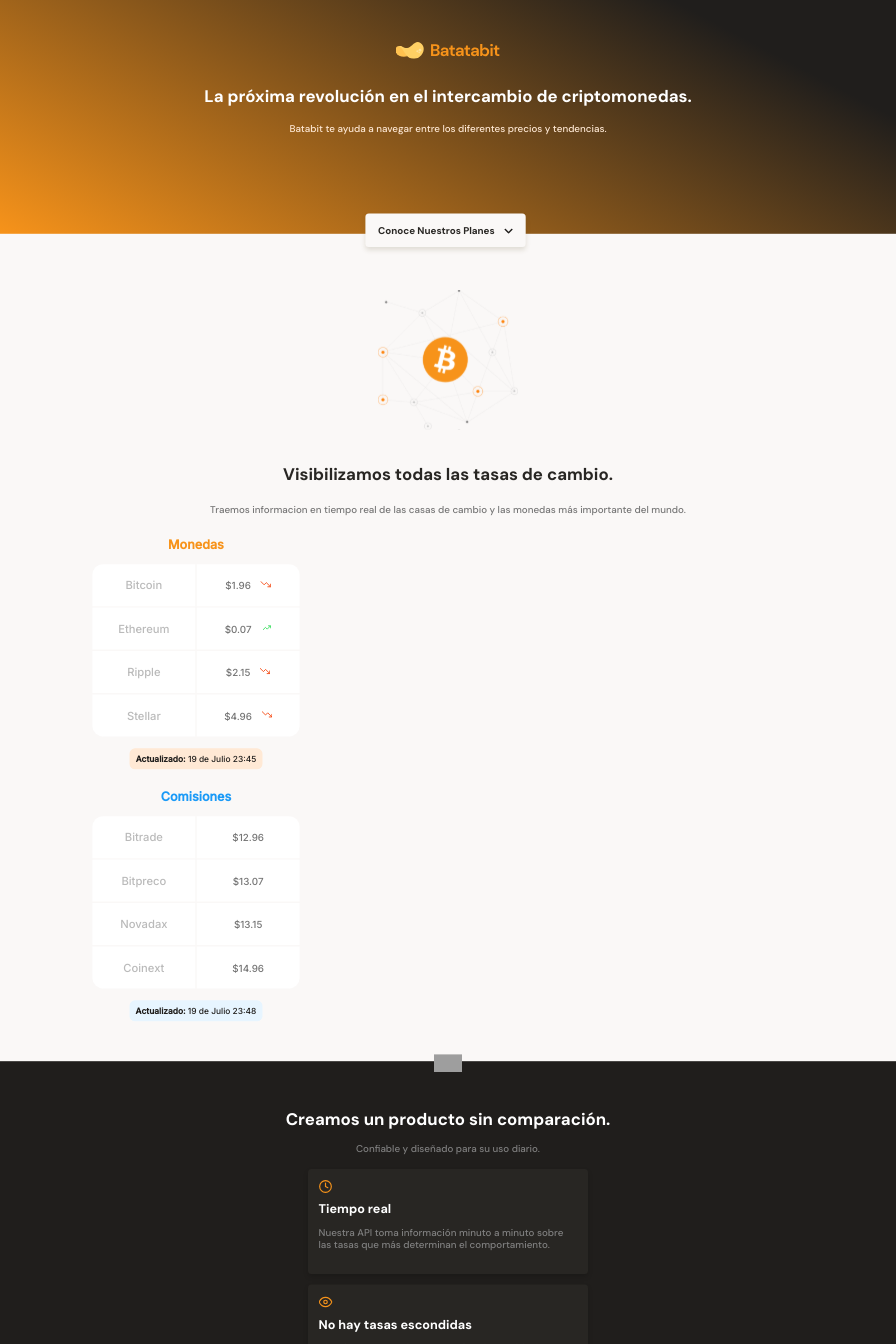
Repository: EnzoSz/Mobile-First
Page: index.html
An editor plug-in stored every save of this project. The page is shown before and after the next save, followed by the edit.
The browser window is 1280 px wide. The pictures show the part of the page from y = 0 to 1920 px (the page is 3342 px tall), at 70% of full size.
Pictures or frames that could not be fetched are drawn as grey boxes.

Above is the page before, as saved 2021-02-05 16:46:04.

After the next save:
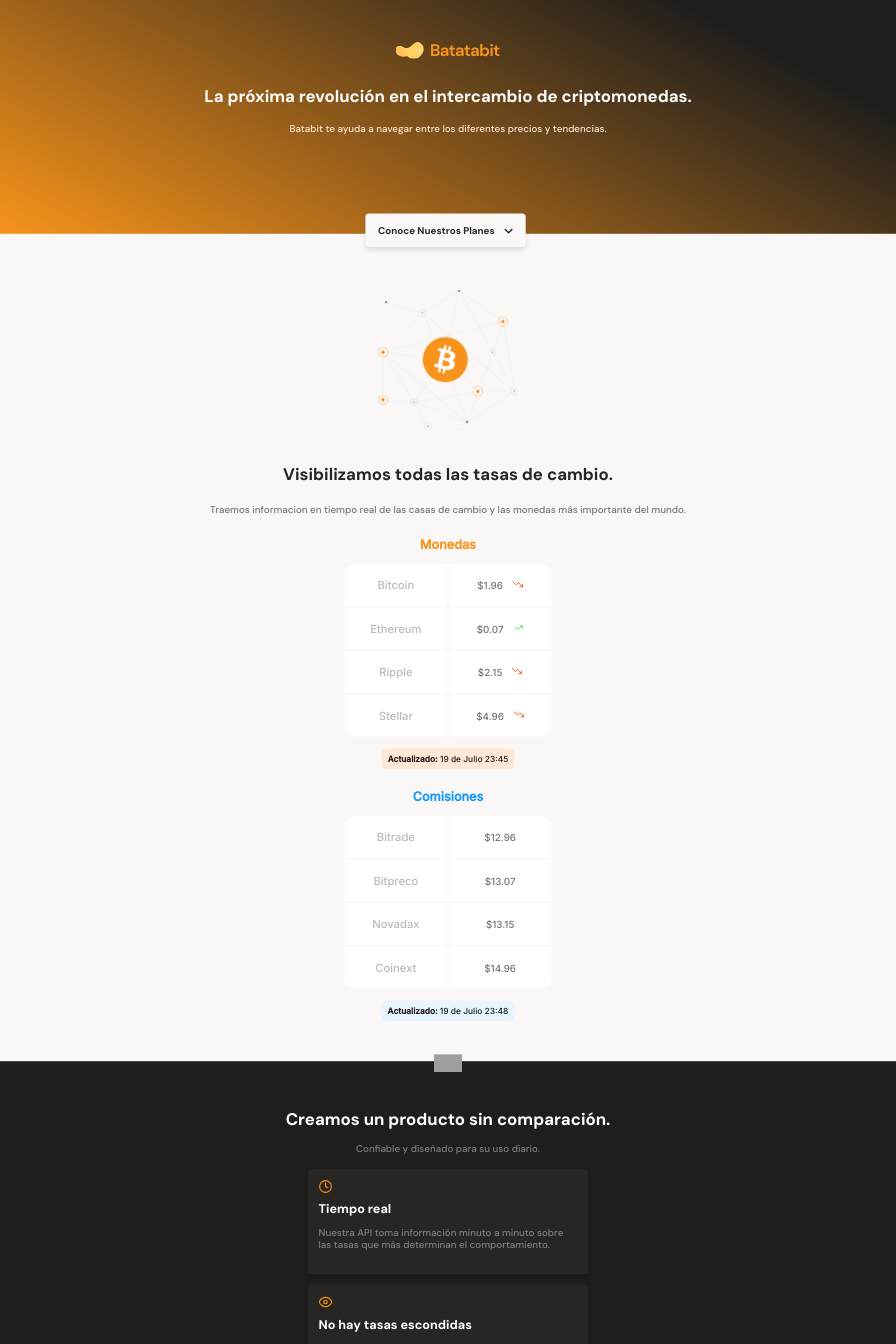
Saved 59 s later.
--- a/estilos.css
+++ b/estilos.css
@@ -147,7 +147,7 @@
     min-width: 235px;
     max-width: 500px;
     height: 360px;
-    margin: 0 30px;
+    margin: 0 auto;
     font-family: "Inter", sans-serif;
 }
 .main-currency-table .currency-table--title {
